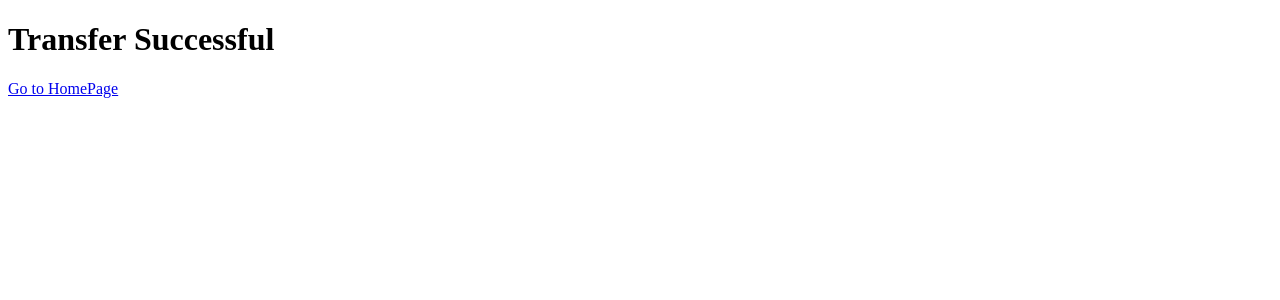
Repository: DEEKSHITH-GD/Banking-Application-using-Servlets
Page: Banking Application using Servlets/BankingApplication_Servlets/src/main/webapp/TransferFail.html
The author's editor kept a copy of each file at every save. The page is drawn from the files as they stood at one save, then again after the next save.
The browser window is 1280 px wide. The pictures show the whole page.

Above is the page before, as saved 2024-01-03 16:36:51.

### Banking Application using Servlets/BankingApplication_Servlets/src/main/webapp/TransferFail.html
<!DOCTYPE html>
<html>
<head>
<meta charset="ISO-8859-1">
<title>Failure</title>
</head>
<body>
	<h1> Transfer Successful </h1>
	<a href="Home.html">Go to HomePage</a><br><br>
</body>
</html>

After the next save:
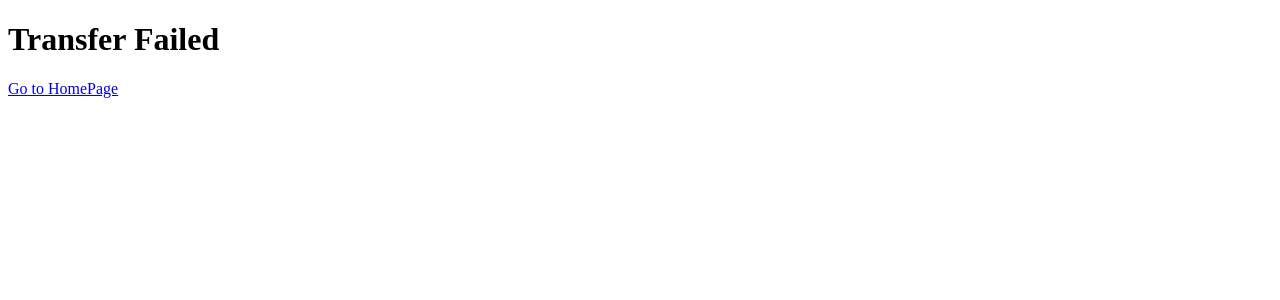
Saved 6 s later.
--- a/Banking Application using Servlets/BankingApplication_Servlets/src/main/webapp/TransferFail.html
+++ b/Banking Application using Servlets/BankingApplication_Servlets/src/main/webapp/TransferFail.html
@@ -5,7 +5,7 @@
 <title>Failure</title>
 </head>
 <body>
-	<h1> Transfer Successful </h1>
+	<h1> Transfer Failed </h1>
 	<a href="Home.html">Go to HomePage</a><br><br>
 </body>
 </html>
